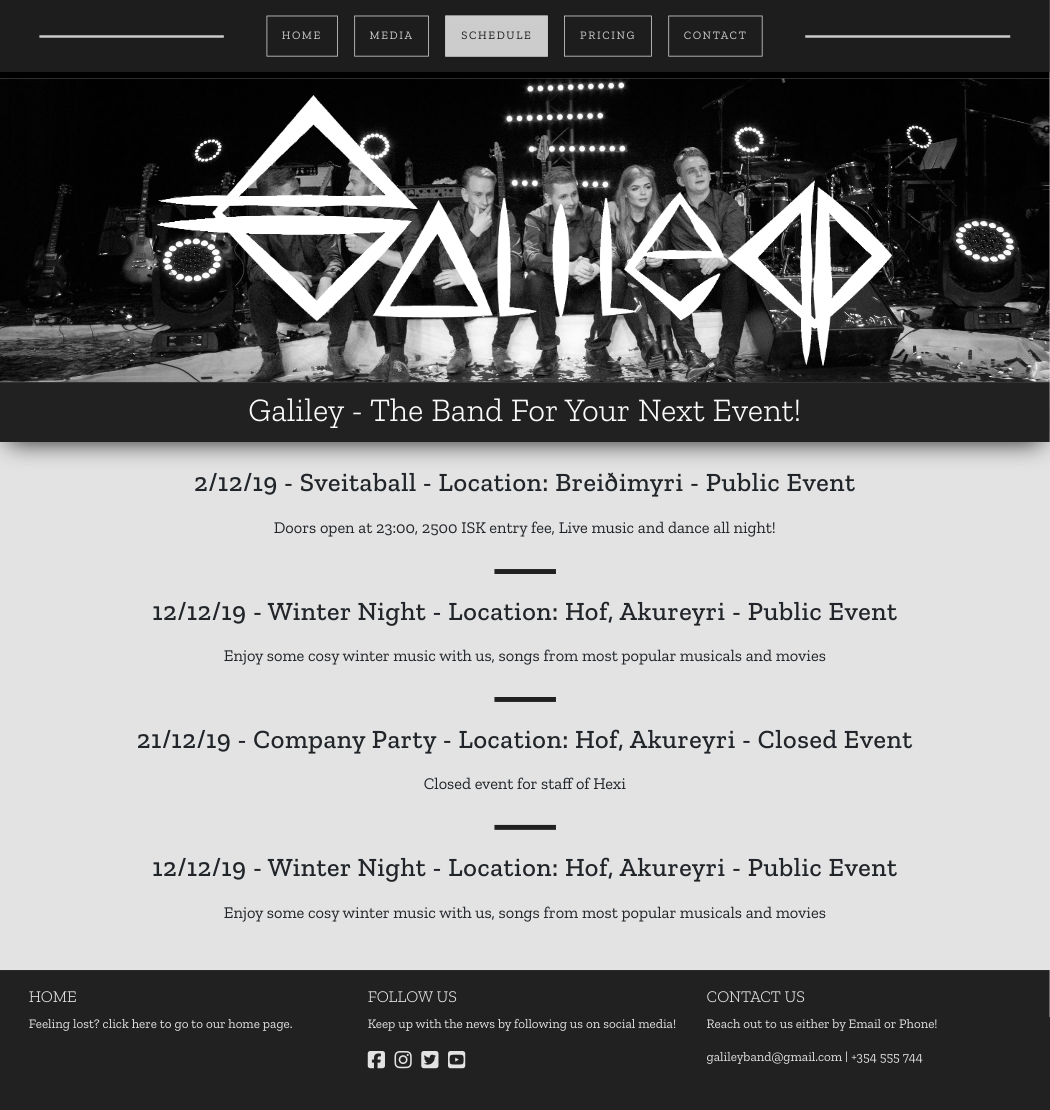
Repository: HeimirDavid/Galiley-Website
Page: schedule.html
The author's editor kept a record of every edit. The page is drawn from the files as they stood at one moment, then again after the next edit.
The browser window is 1280 px wide. The pictures show the whole page, at 82% of full size.
Some web libraries are served in a nearby version.

Above is the page before.

### schedule.html
<!DOCTYPE html>
<html lang="en">

<head>
    <meta charset="UTF-8">
    <meta name="viewport" content="width=device-width, initial-scale=1.0">
    <meta http-equiv="X-UA-Compatible" content="ie=edge">

    <link rel="stylesheet" href="https://stackpath.bootstrapcdn.com/bootstrap/4.3.1/css/bootstrap.min.css" integrity="sha384-ggOyR0iXCbMQv3Xipma34MD+dH/1fQ784/j6cY/iJTQUOhcWr7x9JvoRxT2MZw1T" crossorigin="anonymous">
    <link rel="stylesheet" href="https://cdnjs.cloudflare.com/ajax/libs/hover.css/2.3.1/css/hover-min.css" type="text/css" />
    <link rel="stylesheet" href="assets/css/style.css" type="text/css" />

    <script src="https://code.jquery.com/jquery-3.3.1.slim.min.js" integrity="sha384-q8i/X+965DzO0rT7abK41JStQIAqVgRVzpbzo5smXKp4YfRvH+8abtTE1Pi6jizo" crossorigin="anonymous"></script>
    <script src="https://cdnjs.cloudflare.com/ajax/libs/popper.js/1.14.7/umd/popper.min.js" integrity="sha384-UO2eT0CpHqdSJQ6hJty5KVphtPhzWj9WO1clHTMGa3JDZwrnQq4sF86dIHNDz0W1" crossorigin="anonymous"></script>
    <script src="https://stackpath.bootstrapcdn.com/bootstrap/4.3.1/js/bootstrap.min.js" integrity="sha384-JjSmVgyd0p3pXB1rRibZUAYoIIy6OrQ6VrjIEaFf/nJGzIxFDsf4x0xIM+B07jRM" crossorigin="anonymous"></script>
    <script src="https://kit.fontawesome.com/2ea8c5e5d2.js" crossorigin="anonymous"></script>

    <title>Galiley</title>
</head>

<body>
    <header>
        <!------ Header Navigation Menu, Mainly written with bootstrap  ------>
        <div class="row no-gutters">
            <div class="col black-container">
                <nav class="navbar fixed-top navbar-expand-md navbar-dark bg-dark" id="navbar-black-color">
                    <!-- Navbar position with help of this  -->
                    <a class="navbar-brand" href="index.html">Galiley - Home</a>
                    <!-- tutorial: https://www.youtube.com/watch?v=NzjU1GmKosQ&t=90s  -->
                    <button class="navbar-toggler" type="button" data-toggle="collapse" data-target="#navbarSupportedContent" aria-controls="navbarSupportedContent" aria-expanded="false" aria-label="Toggle navigation">
                    <span class="navbar-toggler-icon"></span></button>
                    <div class="collapse navbar-collapse" id="navbarSupportedContent">
                        <ul class="navbar-nav m-auto">
                            <li class="nav-item menuitem">
                                <a class="nav-link" href="index.html"><span>Home</span></a>
                            </li>
                            <li class="nav-item menuitem">
                                <a class="nav-link" href="media.html"><span>Media</span></a>
                            </li>
                            <li class="nav-item menuitem active-item">
                                <a class="nav-link" href="schedule.html"><span>Schedule</span></a>
                            </li>
                            <li class="nav-item menuitem">
                                <a class="nav-link" href="pricing.html"><span>Pricing</span></a>
                            </li>
                            <li class="nav-item menuitem">
                                <a class="nav-link" href="contact.html"><span>Contact</span></a>
                            </li>
                        </ul>
                    </div>
                </nav>
            </div>
        </div>

        <!------ Header Logo Image ------>
        <div class="logo-container">
            <div class="row no-gutters">
                <div class="col header-background-img">
                    <a href="#">
                    <img class="logo-white" src="assets/images/galiley_vit.png">
                </a>
                </div>
            </div>
        </div>

        <!------ Header Text  ------>
        <div class="row no-gutters">
            <div class="col h1-heading">
                <h1>Galiley - The Band For Your Next Event!</h1>
            </div>
        </div>
    </header>

    <section class="container">
        <div class="row schedule-row">
            <div class="col text-center">
                <h3 class="header-h3 schedule-header">2/12/19 - Sveitaball - Location: Breiðimyri - Public Event</h3>
                <p class="p-text">
                    Doors open at 23:00, 2500 ISK entry fee, Live music and dance all night!
                </p>
                <hr class="block-devider">
                <h3 class="header-h3 schedule-header">12/12/19 - Winter Night - Location: Hof, Akureyri - Public Event</h3>
                <p class="p-text">
                    Enjoy some cosy winter music with us, songs from most popular musicals and movies
                </p>
                <hr class="block-devider">
                <h3 class="header-h3 schedule-header">21/12/19 - Company Party - Location: Hof, Akureyri - Closed Event</h3>
                <p class="p-text">
                    Closed event for staff of Hexi
                </p>
                <hr class="block-devider">
                <h3 class="header-h3 schedule-header">12/12/19 - Winter Night - Location: Hof, Akureyri - Public Event</h3>
                <p class="p-text">
                    Enjoy some cosy winter music with us, songs from most popular musicals and movies
                </p>
            </div>
        </div>

    </section>
    <!--
    <section class="container-fluid">
        <div class="row">
            <div class="col schedule-col">
                <div class="table-responsive">
                    <table class="table table-hover table-dark">
                        <thead>
                            <tr>
                                <th scope="col">Date</th>
                                <th scope="col">Type</th>
                                <th scope="col">Location</th>
                                <th scope="col">Public/Closed</th>
                            </tr>
                        </thead>
                        <tbody>
                            <tr>
                                <th scope="row">1</th>
                                <td>Mark</td>
                                <td>Otto</td>
                                <td>@mdo</td>
                            </tr>
                            <tr>
                                <th scope="row">2</th>
                                <td>Jacob</td>
                                <td>Thornton</td>
                                <td>@fat</td>
                            </tr>
                            <tr>
                                <th scope="row">3</th>
                                <td colspan="2">Larry the Bird</td>
                                <td>@twitter</td>
                            </tr>
                        </tbody>
                    </table>
                </div>
            </div>
        </div>
    </section>
    -->

    <footer>
        <!------ Footer section, Mainly structured and written with the help from CI tutorials from the Resume-Project.
                             Since i liked the design and strucure and felt that it fits well within this project. ------>
        <div class="container-fluid">
            <div class="row" id="footer-details">
                <div class="col-sm-4">
                    <h5 class="uppercase footer-heading">
                        <a href="index.html" class="footer-links">Home</a>
                    </h5>
                    <p class="inline-block">Feeling lost? click here to go to our home page.</p>
                </div>

                <div class="col-sm-4">
                    <h5 class="uppercase footer-heading">Follow Us</h5>
                    <p class="inline-block">Keep up with the news by following us on social media!</p>
                    <ul class="list-inline social-media-links">
                        <li class="list-inline-item">
                            <a class="footer-links" target="_blank" href="https://www.facebook.com/GalileyBand/">
                                <i class="fab fa-facebook-square"></i>
                                <span class="sr-only">Facebook</span>
                            </a>
                        </li>
                        <li class="list-inline-item">
                            <a class="footer-links" target="_blank" href="#">
                                <i class="fab fa-instagram"></i>
                                <span class="sr-only">Instagram</span>
                            </a>
                        </li>
                        <li class="list-inline-item">
                            <a class="footer-links" target="_blank" href="#">
                                <i class="fab fa-twitter-square"></i>
                                <span class="sr-only">Twitter</span>
                            </a>
                        </li>
                        <li class="list-inline-item">
                            <a class="footer-links" target="_blank" href="#">
                                <i class="fab fa-youtube-square"></i>
                                <span class="sr-only">Youtube</span>
                            </a>
                        </li>
                    </ul>
                </div>

                <div class="col-sm-4">
                    <h5 class="uppercase footer-heading">Contact Us</h5>
                    <p class="inline-block">Reach out to us either by Email or Phone!</p>
                    <p>galileyband@gmail.com | +354 555 744</p>
                </div>
            </div>
        </div>
    </footer>
</body>

</html>

### assets/css/style.css
@import url('https://fonts.googleapis.com/css?family=Zilla+Slab:300,400,500,600,700&display=swap');

html {
    scroll-behavior: smooth;
}

body {
    font-family: 'Zilla Slab', serif;
    background-color: #e3e3e3;
    overflow-x: hidden;
}

/*--------------------------------- Colour */

.green-color {
    background-color: #35af7e;
}

.grey-color {
    background-color: #c5c5c5;
}

.grey-blue {
    background-color: #76809a;
}
/*------------------------------- Special padding/margins/text */

h1, h2, h3, h4, h5 {
    margin: 0;
}

.uppercase {
    text-transform: uppercase;
}

.inline-block {
    display: inline-block;
}

.block-devider {
    width: 75px;
    height: 5px;
    background-color: #212121;
}

.block-devider-white {
    width: 75px;
    height: 5px;
    background-color: #e3e3e3;
}

.container-fluid {
    padding: 0;
}

.row {
    margin-right: 0;
    margin-left: 0;
}

/*--------------------------------- General and shares styles/items */

.text-center {
    text-align: center;
}

.item-center {
    item-align: center;
}

.gotop-col {
    padding: 20px;
}

.gotopbtn {
    text-align: center;
    text-decoration: none;
    color: #212121;
    font-size: 1.5em;
    margin: 20px 20px;
    transition: ease-in-out 0.3s;
    -moz-transition: ease-in-out 0.3s;
    -webkit-transition: ease-in-out 0.3s;
    -o-transition: ease-in-out 0.3s;
}

.gotopbtn:hover {
    color: #a5a5a5;
    text-decoration: none;
}

.btn-book {
    font-size: 24px;
    border-radius: 2px;
    background-color: rgba(33, 33, 33, 0.5);
    border-color: rgba(33, 33, 33, 0)
}

/*--------------------------------- Headings text styles */

.header-h2 {
    font-weight: 500;
    padding: 10px 10px 20px 10px;
    letter-spacing: 1.5px;
}

.header-h3 {
    font-weight: 300;
    letter-spacing: 0.7px;
    padding: 10px;
}

.header-h4 {
    font-weight: 400;
    letter-spacing: 0.8px;
    font-size: 28px;
    padding: 10px;
}

.header-h5 {
    font-weight: 400;
    font-size: 24px;
    letter-spacing: 0.8px;
    padding: 10px;
}

/*--------------------------------- Navbar/Menu */

.navbar {
    opacity: 0.9;
    text-align: center;
    padding-bottom: 1.2em;
}

.menuitem {
    height: 50px;
    text-align: center;
    padding-left: 10px;
    padding-right: 10px;
    margin: 0px 10px 0px 10px;
    border: 1px solid #e3e3e3;
    transition: ease-in-out 0.3s;
    -moz-transition: ease-in-out 0.3s;
    -webkit-transition: ease-in-out 0.3s;
    -o-transition: ease-in-out 0.3s;
}

.menuitem a {
    width: 100%;
    text-decoration: none;
    color: #e3e3e3;
}

.menuitem a i {
    padding-top: 22px;
    display: block;
    color: #e3e3e3;
    font-size: 26px;
}

.menuitem span {
    display: block;
    width: 100%;
    padding-top: 5px;
    text-align: center;
    text-transform: uppercase;
    font-size: 14px;
    font-weight: 400;
    letter-spacing: 2px;
    transition: ease-in-out 0.3s;
    -moz-transition: ease-in-out 0.3s;
    -webkit-transition: ease-in-out 0.3s;
    -o-transition: ease-in-out 0.3s;
    color: #e3e3e3;

}

.menuitem:hover {
    background-color: #e3e3e3;
}

.menuitem:hover.menuitem span {
    color: #212121;
}

.navbar::before,     /* Before and After used from inspiration of this tutorial: https://www.youtube.com/watch?v=zGiirUiWslI   */
.navbar::after {
    content: "";
    margin-left: 2em;
    margin-right: 2em;
    width: 18%;
    height: 0.2em;
    background-color: #e3e3e3;
}

.navbar-nav .active-item span {
    color: #212121;
}

.navbar-nav .active-item {
    background-color: #e3e3e3;
}

.navbar::after {
    width: 20%;
}

.fixed-top {
    padding-top: 1.2em;
}

.navbar-brand {
    display: none;
}

#navbar-black-color {
    background-color: #212121!important;
}




/*--------------------------------- Header */

.black-container {
    position: relative;
    top: 0;
    left: 0;
    width: 100%;
    height:6em;
    background-color: #000;
}

.h1-heading {
    color: #fafafa;
    padding: 10px 0px 15px 0px;
    text-align: center;
    background-color: #212121;
    box-shadow: 0px 10px 30px -10px #212121;
}

.h1-heading h1 {
    font-weight: 300;
}

.header-background-img {
    display: block;
    background-image: url("../images/galiley_diddi.jpg");
    padding: 20px;
    background-size: cover;
}

/*
.logo-container {
    margin-top: 7%;
}
*/

.logo-white {
    opacity: 1.9;
    display: block;
    margin-left: auto;
    margin-right: auto;
    width: 70%;
}

/*--------------------------------- Footer */

footer {
    background-color: #212121;
    color: #e3e3e3;
    min-height: 100px;
    margin: 0;
}

.footer-heading {
    font-weight: 300;
    text-decoration: none;
    margin-bottom: 10px;
}

.footer-heading a {
    transition: ease-in-out 0.3s;
    -moz-transition: ease-in-out 0.3s;
    -webkit-transition: ease-in-out 0.3s;
    -o-transition: ease-in-out 0.3s;
}

.footer-heading a:hover {
    color: #a5a5a5;
    text-decoration: none;
}

.footer-links {
    color: #e3e3e3;
}

.social-media-links {
    padding-bottom: 10px;
}

.social-media-links li a i {
    font-size: x-large;
    padding: 10px 0px;
    line-height: 10px;
    transition: ease-in-out 0.3s;
    -moz-transition: ease-in-out 0.3s;
    -webkit-transition: ease-in-out 0.3s;
    -o-transition: ease-in-out 0.3s;
}

.social-media-links li a i:hover {
    color: #35af7e;
}

#footer-details {
    padding: 20px;
}

/*--------------------------------- About - Section / What we offer - Section */

.about-offer-row {
    padding: 20px 0px;
}

.p-text {
    font-size: 20px;
    padding: 10px 10px 20px 10px;
}

.about-row {
    padding: 60px 10px 20px 10px;
}

.offer-card {
    background-color: #212121;
    color: #e3e3e3;
    padding: 20px;
    margin-bottom: 45px;
    box-shadow: 3px 3px 15px 0px #000;
    opacity: 0.9;
}

/*--------------------------------- Reviews - section */

.review-header {
    background-color: #212121;
    color: #fafafa;
    padding: 10px 0px 15px 0px;
    text-align: center;
    box-shadow: 0px 1px 10px 1px #212121;
}

.review-header h2 {
    font-weight: 300;
}

.review-cards {
    background-color: #212121;
    color: #e3e3e3;
    opacity: 0.9;
    max-width: 250px;
    padding: 20px;
    margin: 30px;
    margin-right: auto;
    margin-left: auto;
    text-align: center;
    border-radius: 10px;
    box-shadow: 5px 5px 15px 0px #212121;
}

.cards-header {
    font-weight: 300;
    letter-spacing: 0.8px;
    margin-bottom: 15px;
}

.review-p {
    font-size: 18px;
    font-weight: 200;
    letter-spacing: 0.8px;
}

/*--------------------------------- Setlist Section / Video Section */

.spotify-header-row {
    background-color: #35af7e;
}

.media-header {
    padding: 20px;
    font-weight: 300;
    font-size: 38px;
}

.spotify-row {
    margin-bottom: 40px;
}

.setlist-header-col {
    color: #000;
    padding: 30px;
}

.media-h4 {
    font-weight: 300;
    font-size: 30px;
    padding: 10px;
}

.media-p {
    font-size: 22px;
    font-weight: 300;
}

.spotify-col {
    color: #e3e3e3;
    background-color: rgba(0, 0, 0, 0.5);
    margin: auto;
    margin-top: 20px;
    padding: 20px 10px 0px 10px;
    max-width: 300px;
    border-radius: 12px;
    border-radius: 10px;
    box-shadow: 5px 5px 15px 0px #212121;
}

.spotify-col::before {
    content: "";
    top: 0;
    left: 0;
    background-color: #212121;
    height: 100px;
    width: 1em;
}

.spotify-player {
    opacity: .96;
}

.video-header-col {
    background-color: #212121;
    color: #e3e3e3;
    padding: 20px 0px;
    box-shadow: 0px 10px 30px -10px #212121;
}

.youtube-col {
    padding: 10px;
}

.youtube-container {  /*   Code copied to make youtube player responsive. Source: https://avexdesigns.com/responsive-youtube-embed/    */
position: relative;
padding-bottom: 56.25%;
padding-top: 30px; height: 0; overflow: hidden;
}

.youtube-container iframe,
.youtube-container object,
.youtube-container embed {
position: absolute;
top: 0;
left: 0;
width: 100%;
height: 100%;
}

/*--------------------------------- Pricing */

.pricing-col {
    padding-top: 30px;
    height: 100%;
    background-color: #4b4b4b;
    color: #e3e3e3;
}

.package-header-row {
    padding-top: 30px;
    color: #e3e3e3;
}

.package-row {
    padding-top: 30px;
    color: #e3e3e3;
}

.package-cards {
    box-shadow: 1px 1px 1px 1px #cacaca;
    padding: 20px 10px;
    margin-top: 15px;
    margin-bottom: 15px;
}

.package-cards ul {
    list-style: none;
    padding:0;
}

.package-cards ul li {
        margin: 10px 0px;
}

/*--------------------------------- Contact Page */

.header-h5-contact {
    font-weight: 600;
    font-size: 24px;
    letter-spacing: 0.8px;
    padding: 10px;
}

.contact-form {
    max-width: 80%;
    margin: 30px auto 10px auto;
}

.contact-col {
    margin-top: 20px;
}

.form-control {
    border-radius: 2px;
    background-color: #dcdfe2;
}

.btn-contact {
    color: #e3e3e3;
    background-color: #212121;
    font-size: 20px;
    padding: 12px;
    border-radius: 2px;
    margin: 20px;
    transition: ease-in-out 0.3s;
    -moz-transition: ease-in-out 0.3s;
    -webkit-transition: ease-in-out 0.3s;
    -o-transition: ease-in-out 0.3s;
}

.btn-contact:hover {
    background-color: #35af7e;
}

/*--------------------------------- Schedule Page */

.schedule-row {
    margin: 20px;
}

.schedule-header {
    font-weight: 500;
    font-size: 32px;
}

/*--------------------------------- Media Queries */

@media (max-width: 767px) {

    .navbar::before,
    .navbar::after {
        display: none;
    }

    .navbar-brand {
        display: block;
    }

    .fixed-top {
        padding: 1em;
    }

    .reviews-container {
        background-color: #e3e3e3;
    }

    .reviews-container {
        background: #e3e3e3;
    }

    .package-row,
    .package-row .package-header-row
    {
        background-color: #e3e3e3;
        color: #212121;
    }
}

@media (min-width: 767px) {

    /* Images use and fixed image website layout inspiried by this tutorial: https://www.youtube.com/watch?v=PWoOpJtkyjI */
    #about-image { /* Image from unsplash taken by Luca Baggio */
        background-image: url("../images/about-background.jpg");
        background-attachment: fixed;
        background-size: cover;
        height: 120vh;
        width: 100%;
    }

    #spotify-background-img {
        background-image: url("../images/spotify-background-img.jpg");
        background-attachment: fixed;
        background-size: cover;
        height: 120vh;
        width: 100%;
    }

    #offer-image {
        background-image: url("../images/galiley-offer.jpg");
        background-attachment: scroll;
        background-size: cover;
        height: 100%;
        width: 100%;
        box-shadow: 0px -3px 7px 0px;
    }

    #packages-img {
        background-image: url("../images/packages-img.jpg");
        background-attachment: scroll;
        background-size: cover;
        height: 100%;
        width: 100%;
    }

    /*
    .green-black-img {
        background-image: url("../images/setlist-background.png");
        background-attachment: fixed;
        background-size: cover;
        box-shadow: 0px -3px 7px 0px;
    }
    */

    .about-offer-row {
    padding: 60px 10px 20px 10px;
    }

    .youtube-row {
        padding-top: 50px;
    }

    .youtube-col {
        padding: 10px 100px;
    }
}

@media (min-width: 767px) and (max-width: 1000px) {
    #about-image {
        background-image: url("../images/about-background.jpg");
        background-attachment: fixed;
        background-size: cover;
        height: 200vh;
        width: 100%;
    }

        #spotify-background-img {
        background-image: url("../images/spotify-background-img.jpg");
        background-attachment: fixed;
        background-size: cover;
        height: 250vh;
        width: 100%;
    }
}

@media (max-width: 576px) {
    /* To get rid of padding and margin to link up "Offer section" and "reviews section" in mobile view */
    .about-offer-row {
    padding-top: 20px;
    }

    .offer-card {
        margin: 0;
    }
}

After the next edit:
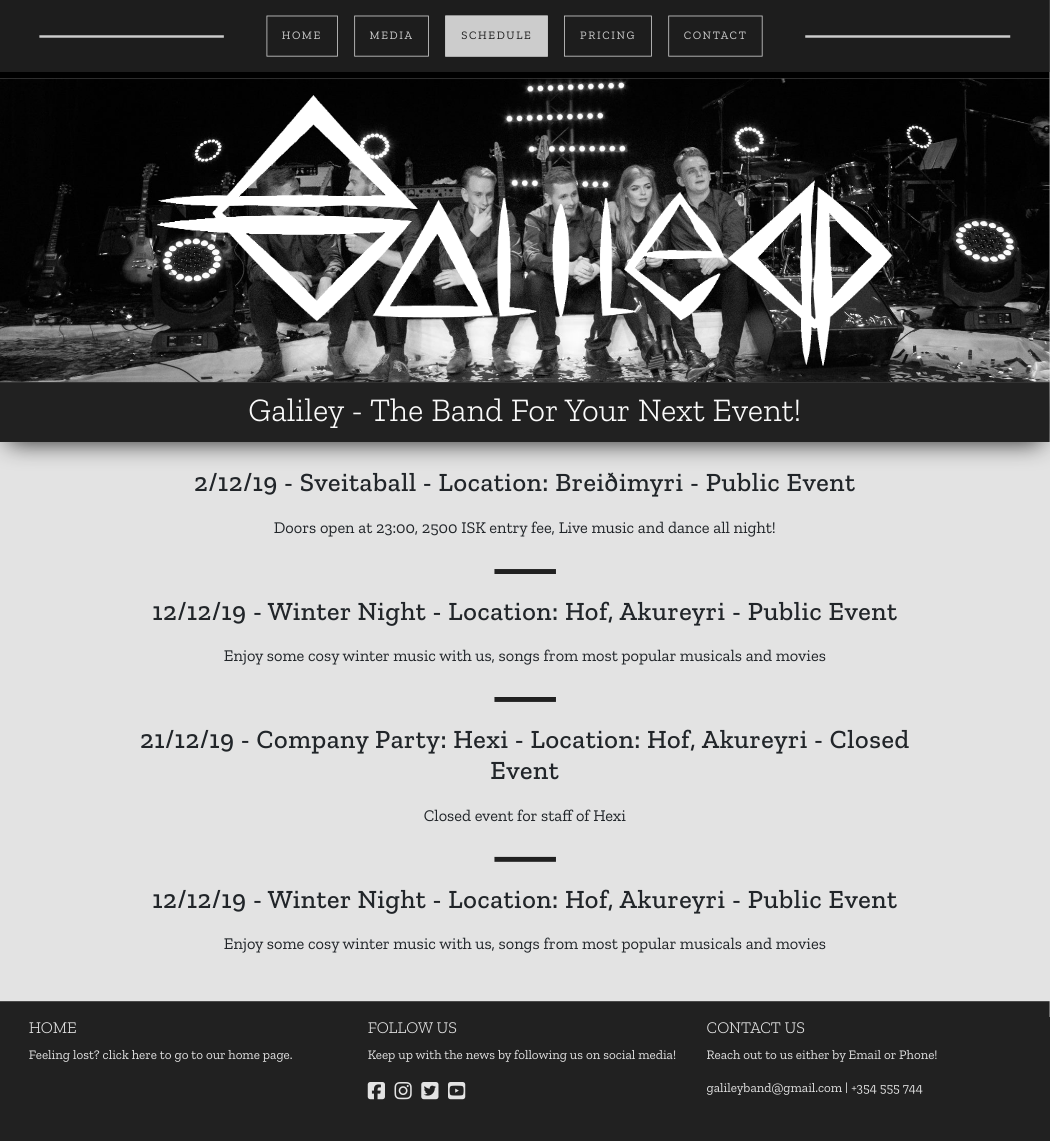
The edit:
--- a/schedule.html
+++ b/schedule.html
@@ -84,7 +84,7 @@
                     Enjoy some cosy winter music with us, songs from most popular musicals and movies
                 </p>
                 <hr class="block-devider">
-                <h3 class="header-h3 schedule-header">21/12/19 - Company Party - Location: Hof, Akureyri - Closed Event</h3>
+                <h3 class="header-h3 schedule-header">21/12/19 - Company Party: Hexi - Location: Hof, Akureyri - Closed Event</h3>
                 <p class="p-text">
                     Closed event for staff of Hexi
                 </p>
